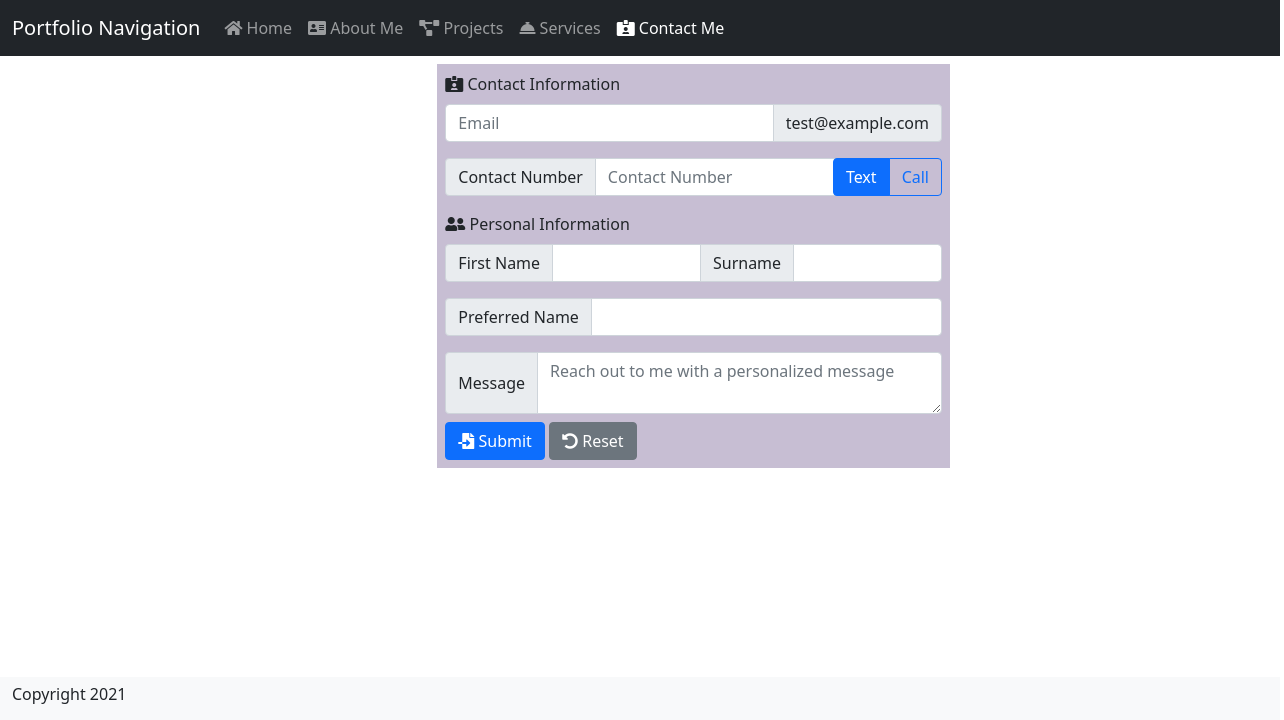
Repository: GarlicButterBoy/Portfolio
Page: contact.html
The author's editor kept a copy of each file at every save. The page is drawn from the files as they stood at one save, then again after the next save.
The browser window is 1280 px wide. The page is 1284 px wide, so the pictures cover 1284 px, including what lies to the right of the window. The pictures show the whole page.

Above is the page before, as saved 2021-06-09 13:40:16.

After the next save:
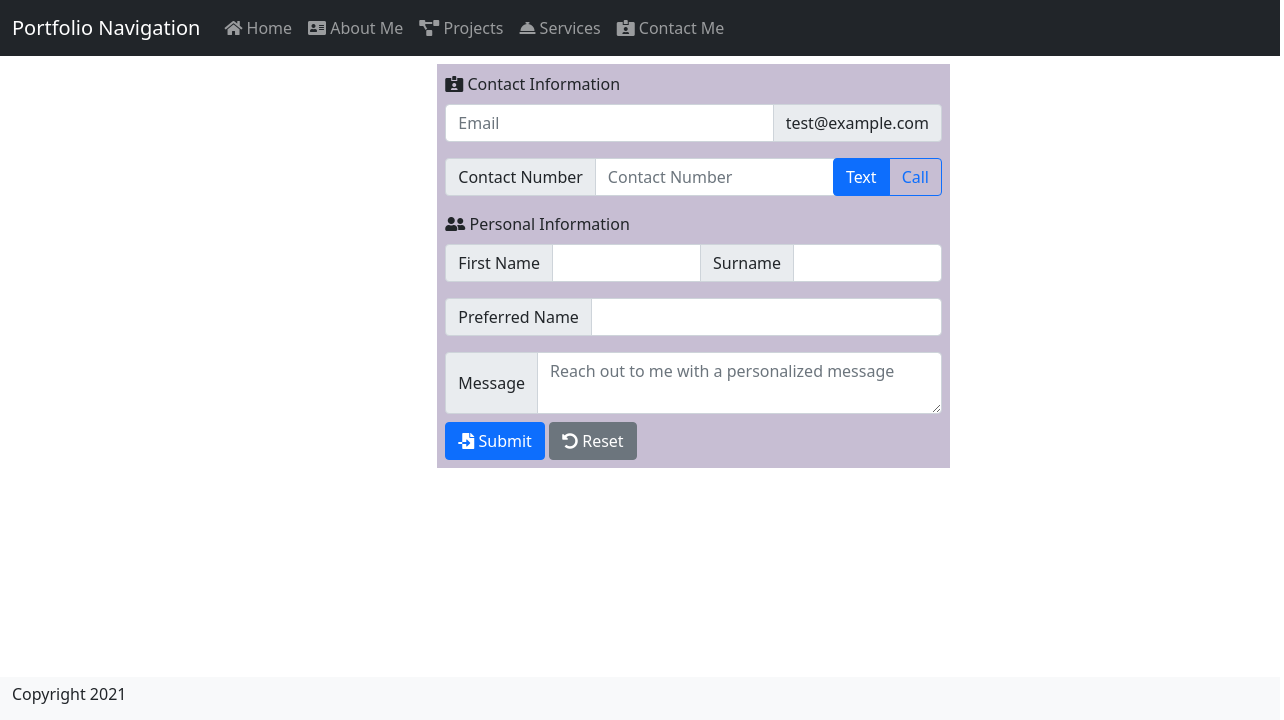
Console error (its wording comes from the project's code and is left out).
Saved 61 s later.
--- a/Scripts/app.js
+++ b/Scripts/app.js
@@ -76,7 +76,7 @@
 
     function DisplayContact()
     {
-
+        $("#")
     }
 
     /**

After the 4 saves that followed:
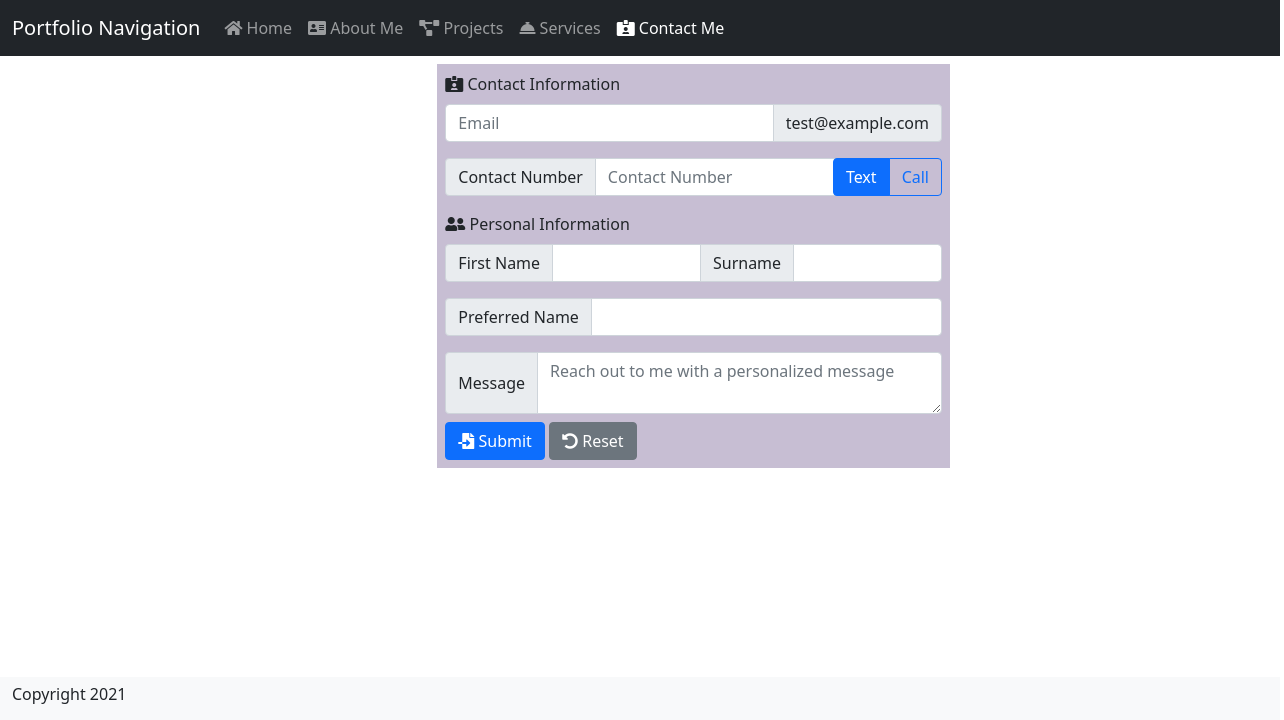
The error is gone.
The 4 saves are shown as one change because they came seconds apart.
The last was saved 17 s later.
--- a/Scripts/app.js
+++ b/Scripts/app.js
@@ -76,7 +76,10 @@
 
     function DisplayContact()
     {
-        $("#")
+        $("#submitButton").on("click", () =>
+        {
+
+        });
     }
 
     /**
